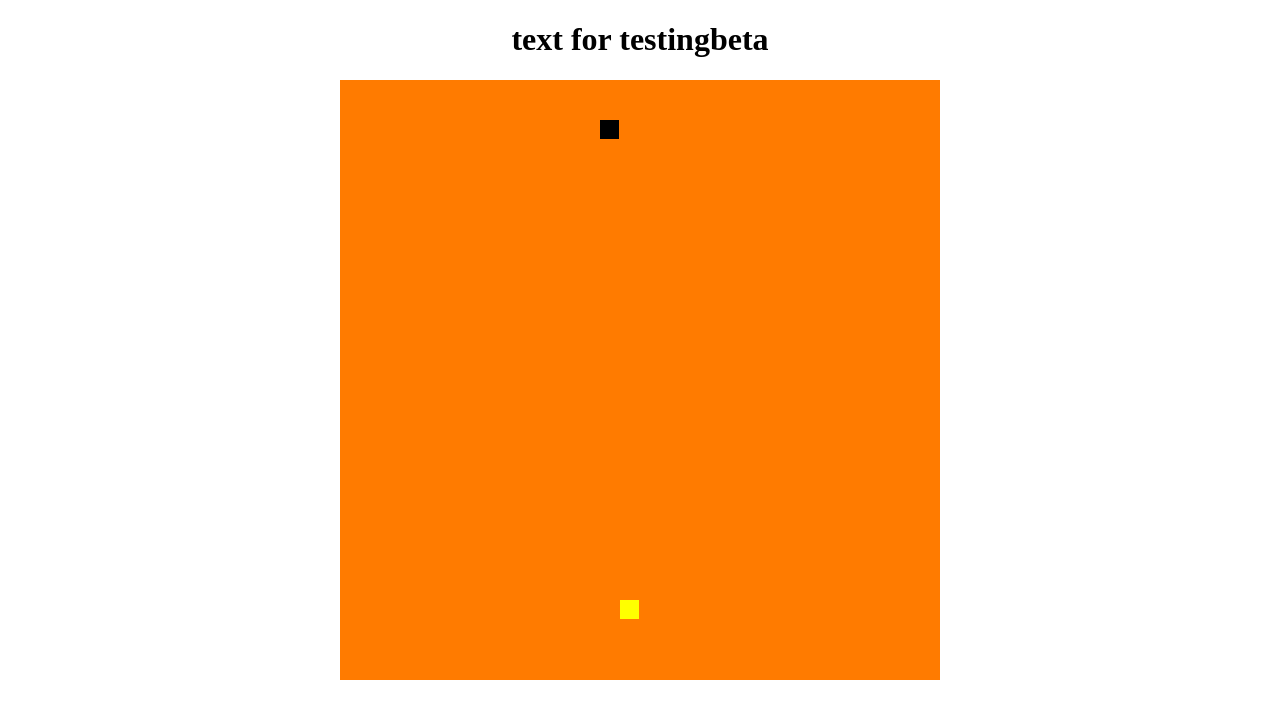
Repository: jessehapuli/jessehapuli.github.io
Page: finalsnakeFiles/snake.html
An editor plug-in stored every save of this project. The page is shown before and after the next save, followed by the edit.
The browser window is 1280 px wide. The pictures show the whole page.

Above is the page before, as saved 2024-05-14 13:45:24.
Console error (its wording comes from the project's code and is left out).

After the next save:
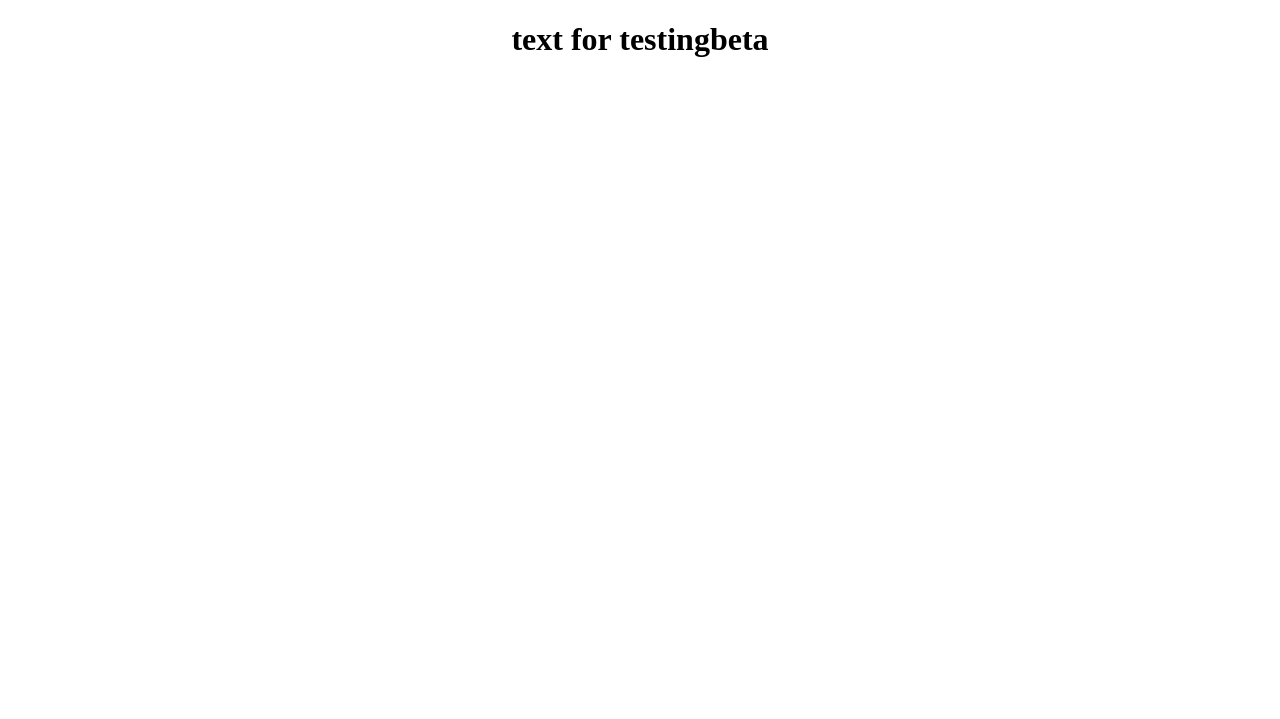
Saved 42 h 32 min later.
--- a/snake/testsnake.js
+++ b/snake/testsnake.js
@@ -31,7 +31,7 @@
     placesnake();
     placeapple();
     document.addEventListener("keyup", changeDirection);
-    document.addEventListener('selectstart', () => {
+    Element.addEventListener("build", (e) => {
         snakebody.length = 4;
       }, { once: true });
     //update
@@ -154,12 +154,8 @@
   //new game modes/objects mines, portals.
 
   if (velocityX || velocityY == 1 || -1) {
-    Event("start");
+    Event("build");
     console.log("top");
 }
 
-if (velocityX || velocityY == -1) {
-   Event("start");
-}
-
-const event = new Event("start");
+const event = new Event("build");

After the save that followed:
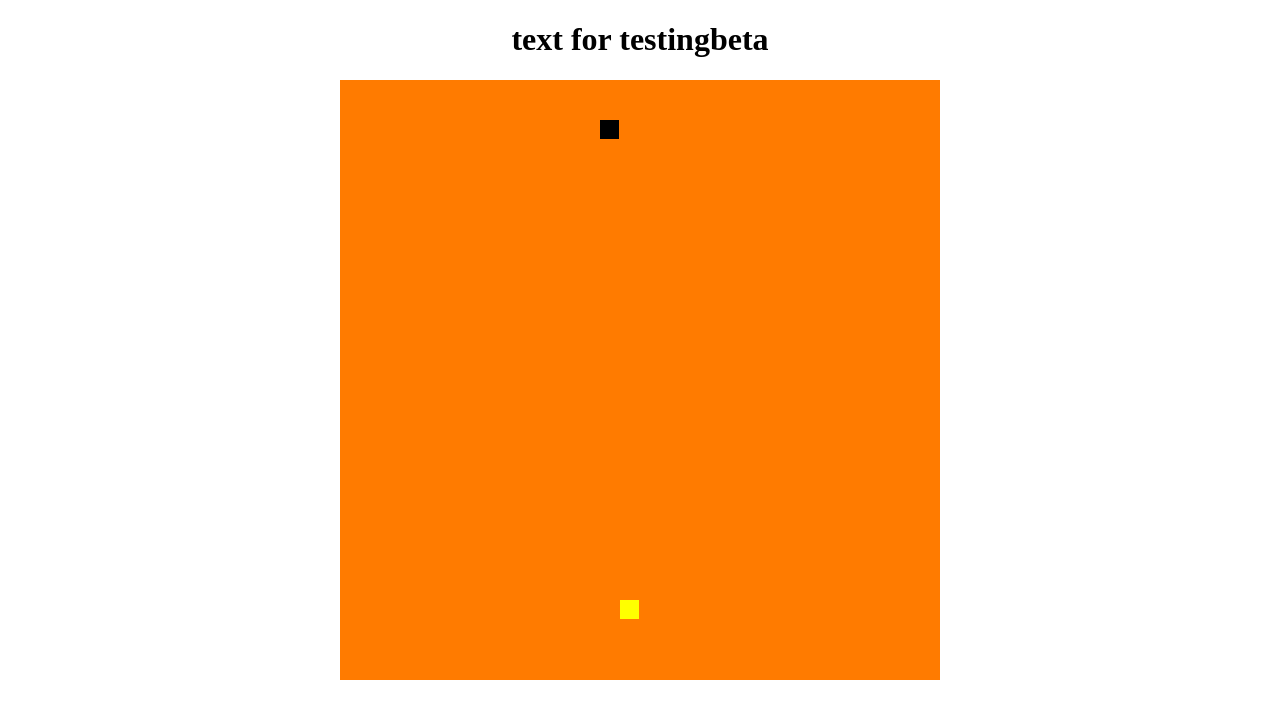
Console error: TypeError: Element.addEventListener is not a function
Saved 41 s later.
--- a/snake/testsnake.js
+++ b/snake/testsnake.js
@@ -31,9 +31,6 @@
     placesnake();
     placeapple();
     document.addEventListener("keyup", changeDirection);
-    Element.addEventListener("build", (e) => {
-        snakebody.length = 4;
-      }, { once: true });
     //update
     setInterval(update, 1000/10);
 }
@@ -92,6 +89,10 @@
         }
     }
 }
+
+Element.addEventListener("build", (e) => {
+    snakebody.length = 4;
+  }, { once: true });
 
 //ohjaukset
 function changeDirection(e) {
